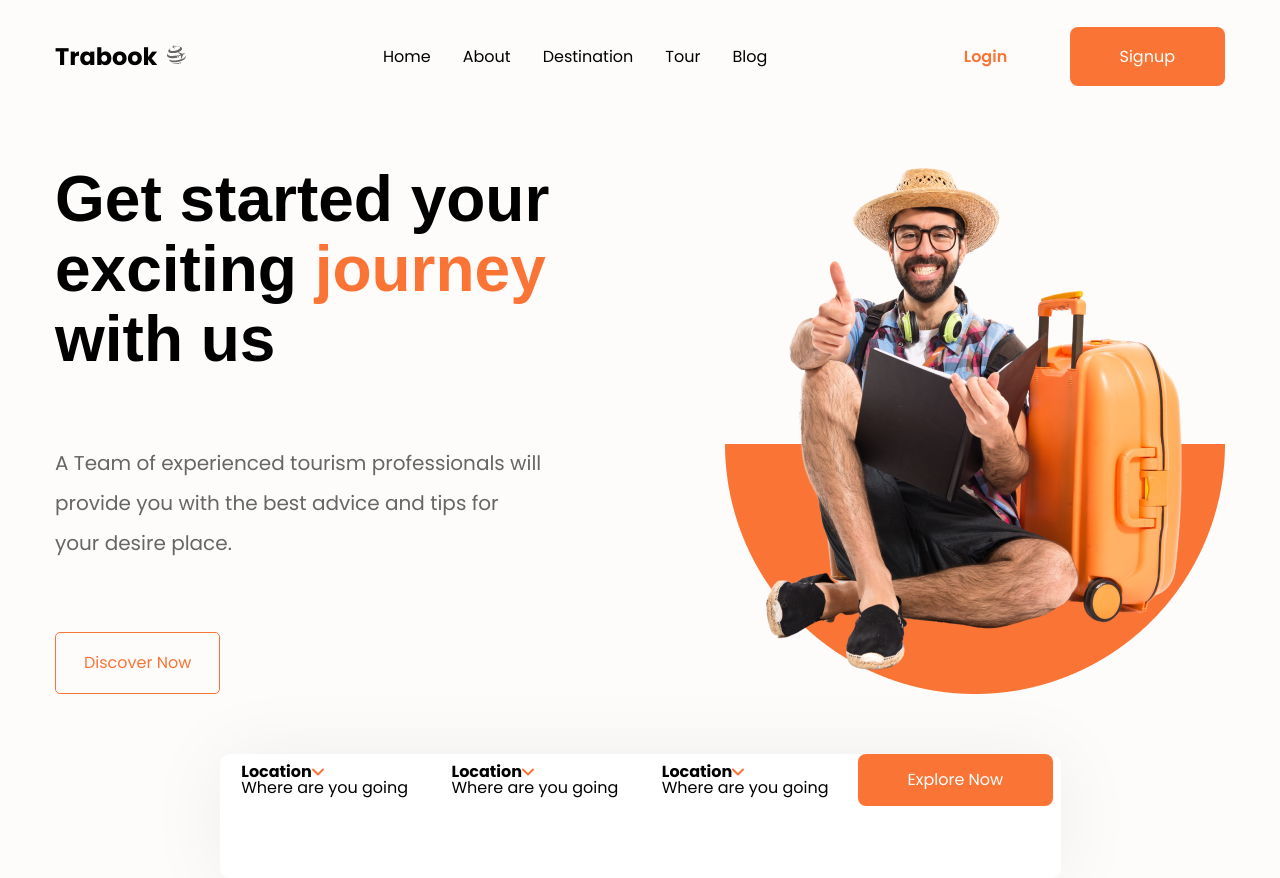
Repository: phobo99/phobo99.github.io
Page: Trabook/index.html
These files come from the project's save history. The page is drawn as it stood at one moment and after the next save; the edit follows.
The browser window is 1280 px wide. The pictures show the whole page.
Some web fonts or font styles are not loaded; a fallback is used. Some web libraries are served in a nearby version. The style sheet was rebuilt from its Sass, Less or Tailwind sources for each picture, by a compiler version that may differ from the author's.

Above is the page before, as saved 2022-06-18 23:10:02.

### Trabook/index.html
<!DOCTYPE html>
<html lang="en">

<head>
    <meta charset="UTF-8">
    <meta http-equiv="X-UA-Compatible" content="IE=edge">
    <meta name="viewport" content="width=device-width, initial-scale=1.0">
    <title>Responsive</title>
    <link
        href="https://fonts.googleapis.com/css2?family=Poppins:wght@300;400;500;600;700&family=Volkhov:wght@400;700&display=swap"
        rel="stylesheet">
    <link rel="stylesheet" href="https://cdnjs.cloudflare.com/ajax/libs/font-awesome/6.1.1/css/all.min.css"
        integrity="sha512-KfkfwYDsLkIlwQp6LFnl8zNdLGxu9YAA1QvwINks4PhcElQSvqcyVLLD9aMhXd13uQjoXtEKNosOWaZqXgel0g=="
        crossorigin="anonymous" referrerpolicy="no-referrer" />

    <link rel="stylesheet" href="reset.css">
    <link rel="stylesheet" href="style.css">
</head>

<body>
    <div class="container-fluid">
        <header class="header container">
            <div class="nav-bar">
                <div class="logo">
                    <span class="text-logo">Trabook</span>
                    <svg width="19" height="19" viewBox="0 0 19 19" fill="none" xmlns="http://www.w3.org/2000/svg">
                        <path
                            d="M1.64111 4.96058C1.79426 4.76583 1.99595 4.50221 2.15747 4.31379C2.6412 3.79446 2.70397 3.72638 3.14417 3.34242C3.27473 3.24108 3.42956 3.11917 3.58103 3.00437C2.46378 3.89896 2.32151 4.88933 3.3467 5.50129C3.34503 5.50129 3.34503 5.50129 3.34503 5.50287C4.77863 6.31987 7.92034 6.14333 10.3992 5.09675C12.8003 4.08342 13.6865 2.63388 12.5015 1.77254C11.4612 1.58808 10.221 1.56671 8.90871 1.73296L8.7723 1.52L8.88528 1.16692C9.6569 1.10121 10.39 1.11704 11.0227 1.21917C11.1759 1.24371 11.3776 1.28567 11.5282 1.31575C11.8194 1.38304 11.9776 1.42342 12.1676 1.48121C12.3617 1.53583 12.5274 1.59046 12.8162 1.69179C13.099 1.79708 13.2212 1.84458 13.448 1.95146C13.702 2.06108 13.9488 2.18506 14.187 2.32275C16.0751 3.44612 14.9009 5.49575 11.5692 6.90017C8.24673 8.29983 4.01287 8.51992 2.11563 7.41C2.11479 7.40842 2.11228 7.40683 2.10726 7.40525H2.11061C1.07453 6.78458 0.965735 5.88367 1.64111 4.96058ZM10.2854 12.8139L10.2586 11.552L9.31042 10.5545C6.17792 11.2258 3.09898 11.0817 1.38669 10.1278C1.38084 10.1215 1.36661 10.1151 1.36075 10.1088C0.391624 9.54433 0.152272 8.816 0.225082 8.02433C-0.00171646 9.18254 -0.0201282 9.60054 0.0125108 10.5917C0.0526817 11.2124 0.431795 11.7847 1.19421 12.236L1.20007 12.2423C3.02533 13.3158 6.82819 13.5486 10.2854 12.8139ZM14.2397 14.2587C9.81842 15.9362 4.28486 16.0352 1.8813 14.4827C2.14087 15.0828 2.49406 15.6427 2.92909 16.1437C5.13515 17.5687 10.2143 17.4776 14.2707 15.9378C16.645 15.0377 18.143 13.8399 18.5364 12.7173L18.6468 12.3793C18.9088 11.5227 18.9582 10.8094 19 10.1745C18.9523 11.5528 17.2358 13.1203 14.2397 14.2587ZM4.47986 17.4895C4.61878 17.6146 5.05564 18.122 7.26923 18.6825C7.86761 18.8076 9.37402 19.209 12.1567 18.6255L12.1734 18.3857L11.9533 18.0595C9.37151 18.6374 6.50347 18.4442 4.47986 17.4895ZM10.8687 7.50737L13.2196 9.19283C13.2196 9.19283 13.7225 9.53563 13.248 9.77629C12.7752 10.0146 11.5608 10.598 11.5608 10.598L10.3616 10.1745L9.75983 10.4278L10.821 11.2995L10.8294 12.6556L11.4529 12.3935L11.8663 11.248C11.8663 11.248 13.1359 10.7857 13.6397 10.6115C14.146 10.4413 14.0782 11.024 14.0782 11.024L13.8288 13.8035L14.6573 13.4552L16.0215 9.70504C16.0215 9.70504 16.7446 9.37254 17.2534 9.08042C17.7614 8.78829 17.9355 8.30379 17.9355 8.30379C17.9355 8.30379 17.44 8.10192 16.8693 8.26421C16.2985 8.42492 15.5545 8.7115 15.5545 8.7115L11.6947 7.16062L10.8687 7.50737ZM5.89505 2.17471L7.49101 3.37725L7.92703 3.3155L7.05833 2.23646C7.05833 2.23646 6.8692 2.01321 7.12361 1.96017C7.3797 1.90633 8.02746 1.78125 8.02746 1.78125L8.51453 2.14937L8.8426 2.10346L8.47101 1.54454L8.66685 0.924667L8.34966 0.968208L7.9739 1.44004C7.9739 1.44004 7.31443 1.49862 7.05499 1.51921C6.79388 1.53821 6.90602 1.273 6.90602 1.273L7.40648 0L6.96795 0.0609583L5.81303 1.65142C5.81303 1.65142 5.42806 1.71792 5.14938 1.79313C4.86985 1.86754 4.72256 2.07179 4.72256 2.07179C4.72256 2.07179 4.9276 2.22854 5.21633 2.223C5.50757 2.21746 5.89505 2.17471 5.89505 2.17471ZM13.7828 17.6265L12.7501 17.1158L12.5124 17.1942L13.1242 17.712C13.1242 17.712 13.2547 17.8172 13.1175 17.8735C12.9802 17.9289 12.6304 18.065 12.6304 18.065L12.3417 17.9431L12.1701 18.0017L12.4103 18.244L12.3868 18.5978L12.5659 18.5392L12.6998 18.2519C12.6998 18.2519 13.0631 18.1497 13.2078 18.1133C13.3518 18.0761 13.3192 18.236 13.3192 18.236L13.1827 19L13.4213 18.9216L13.8891 17.9115C13.8891 17.9115 14.0958 17.8347 14.2439 17.7642C14.3921 17.6937 14.4506 17.5639 14.4506 17.5639C14.4506 17.5639 14.3192 17.4958 14.1569 17.5299C13.9937 17.5623 13.7828 17.6265 13.7828 17.6265Z"
                            fill="#666666" />
                    </svg>
                </div>
                <div class="menu-list">
                    <ul class="menu">
                        <li>Home</li>
                        <li>About</li>
                        <li>Destination</li>
                        <li>Tour</li>
                        <li>Blog</li>
                    </ul>
                </div>
                <div class="nav-login">
                    <span class="login">Login</span>
                    <span class="sign-up button-primary">Signup</span>
                </div>
            </div>
            <div class="content">
                <div class="content-left">
                    <h1 class="header-content">Get started your exciting <span class="text-org">journey</span> with us
                    </h1>
                    <span class="desc-content">A Team of experienced tourism professionals will provide you with the
                        best advice and tips for
                        your desire place. </span>
                    <div class="content-button">
                        Discover Now
                    </div>
                </div>
                <div class="content-right">
                    <img src="./img/people-01.png" alt="" class="img-people">
                </div>
            </div>
            <div class="search-bar">
                <div class="list-search">
                    <div class="item-search">
                        <div class="title-item">
                            <p>Location</p>
                            <svg width="12" height="8" viewBox="0 0 12 8" fill="none"
                                xmlns="http://www.w3.org/2000/svg">
                                <path d="M1 1.5L6 6.5L11 1.5" stroke="#FA7436" stroke-width="2" stroke-linecap="round"
                                    stroke-linejoin="round" />
                            </svg>
                        </div>
                        <div class="desc-item">
                            Where are you going
                        </div>
                    </div>
                    <div class="item-search">
                        <div class="title-item">
                            <p>Location</p>
                            <svg width="12" height="8" viewBox="0 0 12 8" fill="none"
                                xmlns="http://www.w3.org/2000/svg">
                                <path d="M1 1.5L6 6.5L11 1.5" stroke="#FA7436" stroke-width="2" stroke-linecap="round"
                                    stroke-linejoin="round" />
                            </svg>
                        </div>
                        <div class="desc-item">
                            Where are you going
                        </div>
                    </div>
                    <div class="item-search">
                        <div class="title-item">
                            <p>Location</p>
                            <svg width="12" height="8" viewBox="0 0 12 8" fill="none"
                                xmlns="http://www.w3.org/2000/svg">
                                <path d="M1 1.5L6 6.5L11 1.5" stroke="#FA7436" stroke-width="2" stroke-linecap="round"
                                    stroke-linejoin="round" />
                            </svg>
                        </div>
                        <div class="desc-item">
                            Where are you going
                        </div>
                    </div>
                    <div class="button-primary">
                        Explore Now
                    </div>
                </div>
            </div>
        </header>
    </div>
</body>

</html>

### Trabook/style.scss
$bg-color: #fefcfb;
$bg-second: #f7f8fc;
$primary-color: #fa7436;
$header-color: #222;
$gray-color: #666666;

@mixin size($width, $height: $width) {
  width: $width;
  height: $height;
}
@mixin flexbox(
  $align: flex-start,
  $justify: flex-start,
  $flex-direction: row,
  $wrap: nowrap
) {
  display: flex;
  align-items: $align;
  justify-content: $justify;
  flex-direction: $flex-direction;
  flex-wrap: $wrap;
}
html {
  font-size: 62.5%;
}
* {
  box-sizing: border-box;
}
body {
  font-size: 1.6rem;
  font-family: "Poppins", sans-serif;
  font-weight: normal;
  background-color: #fefcfb;
}

a {
  text-decoration: none;
}

img {
  display: block;
  max-width: 100%;
}
h1 {
  font-family: "Volkhov", sans-serif;
  font-weight: 700;
  font-size: 64px;
  line-height: 70px;
}
.container-fluid {
  .container {
    max-width: 1170px;
    margin: 0 auto;
  }
  .text-org {
    color: $primary-color;
  }
  .desc-content {
    color: $gray-color;
    line-height: 2;
    font-size: 20px;
  }
  .button-primary {
    padding: 18px 50px;
    background-color: $primary-color;
    color: white;
    border-radius: 8px;
    cursor: pointer;
    &:hover {
      opacity: 0.8;
      transition: all 0.2s linear;
    }
  }
  .header {
    .nav-bar {
      display: flex;
      @include size(100%, 114px);
      align-items: center;
      justify-content: space-between;
      .logo {
        display: flex;
        cursor: pointer;
        .text-logo {
          font-size: 24px;
          font-weight: bold;
          margin-right: 10px;
        }
      }
      .menu-list {
        .menu {
          @include flexbox(stretch, space-between);
          gap: 32px;
          li {
            cursor: pointer;
          }
        }
      }
      .nav-login {
        .login {
          font-size: 16px;
          font-weight: 600;
          color: $primary-color;
          cursor: pointer;
          margin-right: 58px;
        }
      }
    }
    .content {
      @include size(100%, 530px);
      @include flexbox(stretch, space-between);
      margin-top: 50px;
      .content-left {
        @include flexbox(stretch, space-between, column);
        @include size(490px, auto);
        .header-content {
          width: 521px;
        }
        .content-button {
          width: fit-content;
          padding: 22px 28px;
          border: 1px solid $primary-color;
          border-radius: 5px;
          color: $primary-color;
        }
      }
      .content-right {
      }
    }
    .search-bar {
      background-color: white;
      width: 841px;
      height: 124px;
      margin: 0 auto;
      margin-top: 6rem;
      box-shadow: 0px 2px 80px 2px rgba(0, 0, 0, 0.06);
      border-radius: 10px;
      .list-search {
        display: grid;
        grid-template-columns: 1fr 1fr 1fr 1fr;
        align-items: center;
        justify-items: center;
        .item-search {
          display: flex;
          flex-direction: column;
          .title-item {
            width: fit-content;
            display: flex;
            justify-content: center;
            align-items: center;
            font-weight: bold;
          }
          .desc-item {
          }
        }
      }
    }
  }
}
@media screen and (min-width: 768px) {
}
@media screen and (max-width: 767px) {
}

Loaded but not shown: Trabook/reset.css (common file)

After the next save:
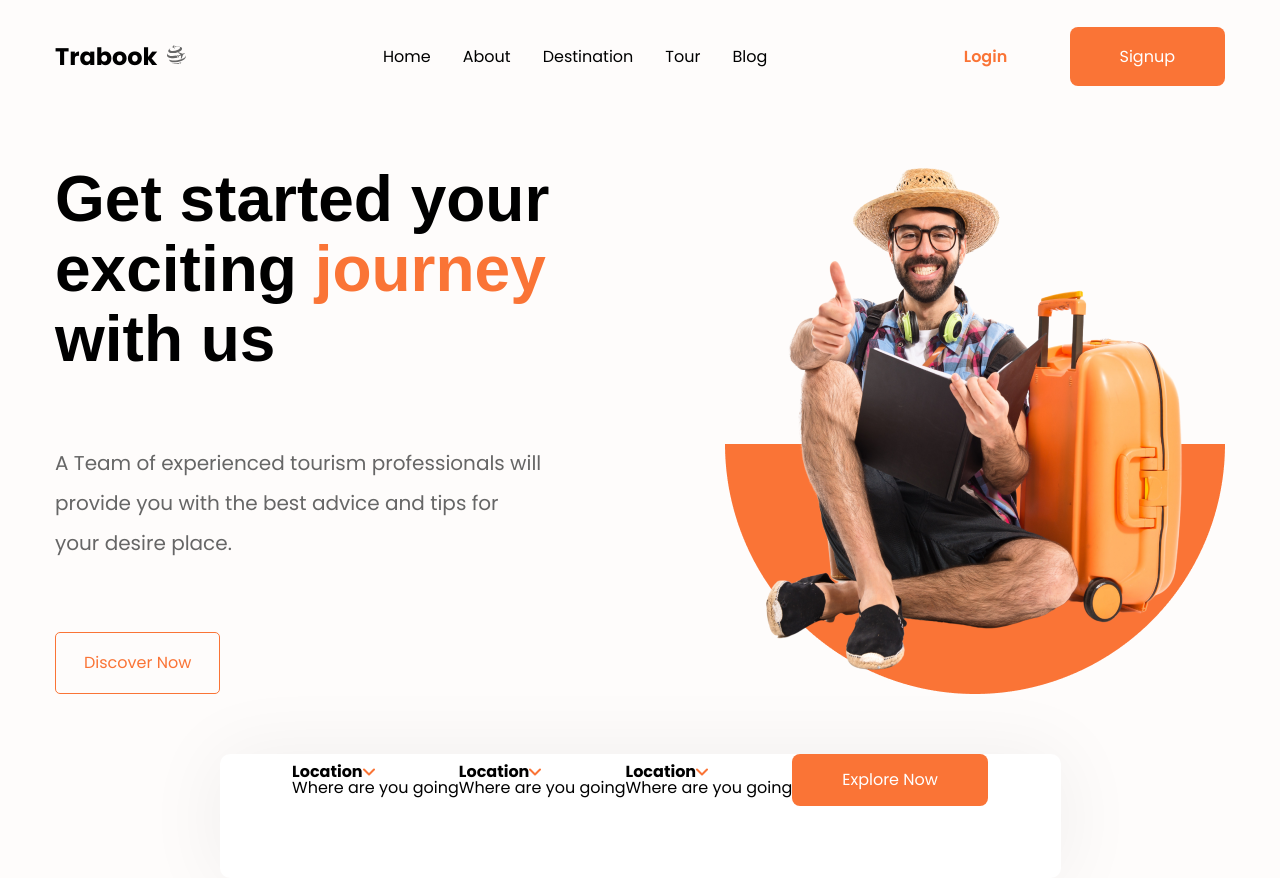
Saved 116 s later.
--- a/Trabook/style.scss
+++ b/Trabook/style.scss
@@ -135,10 +135,9 @@ h1 {
       box-shadow: 0px 2px 80px 2px rgba(0, 0, 0, 0.06);
       border-radius: 10px;
       .list-search {
-        display: grid;
-        grid-template-columns: 1fr 1fr 1fr 1fr;
+        display: flex;
         align-items: center;
-        justify-items: center;
+        justify-content: center;
         .item-search {
           display: flex;
           flex-direction: column;
